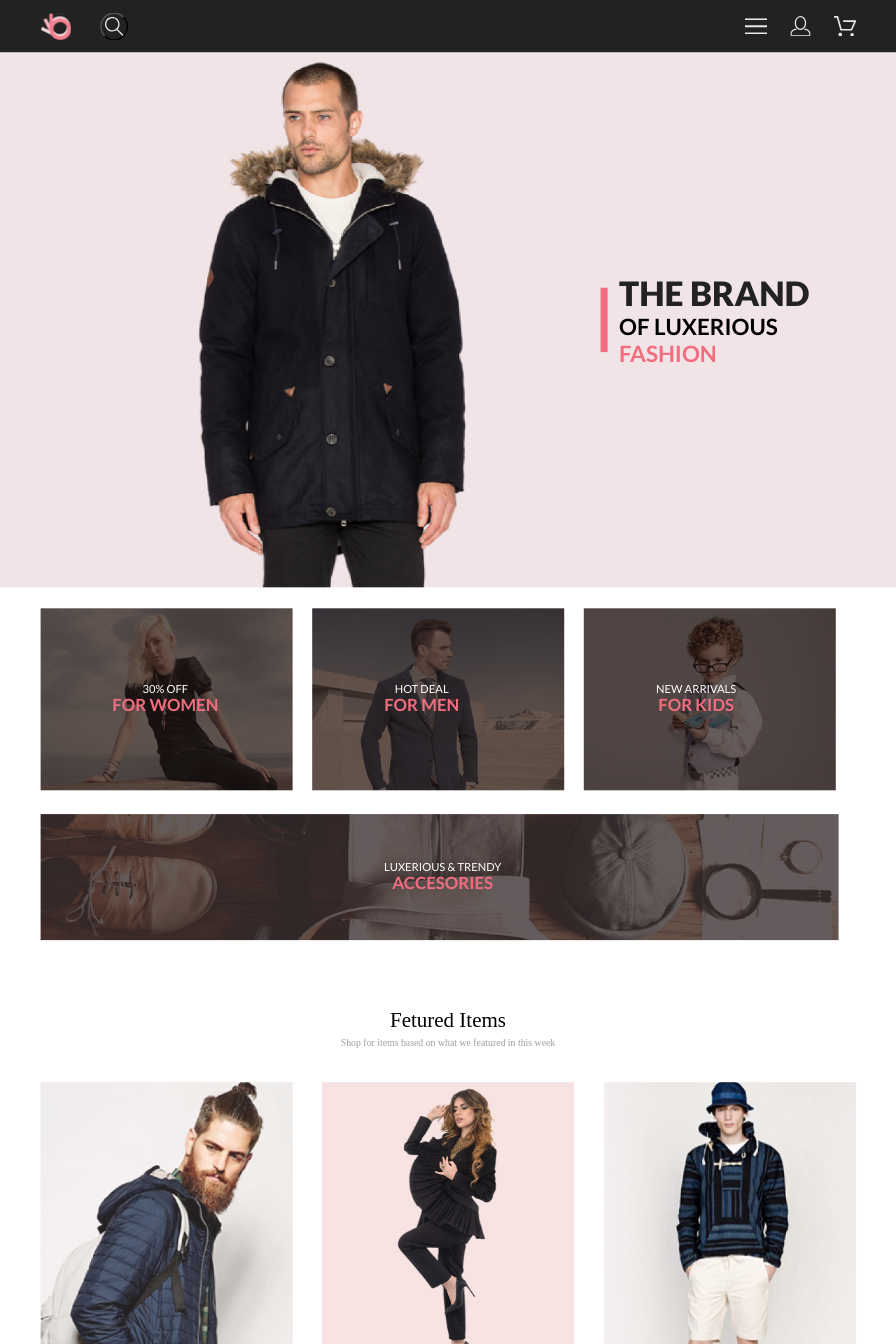
Repository: shtepaa/work-show-linkid
Page: les01/index.html
These files come from the project's save history. The page is drawn as it stood at one moment and after the next save; the edit follows.
The browser window is 1280 px wide. The pictures show the part of the page from y = 0 to 1920 px (the page is 3886 px tall), at 70% of full size.

Above is the page before, as saved 2022-02-15 11:45:35.

### les01/index.html
<!DOCTYPE html>
<html lang="en">
  <head>
    <meta charset="UTF-8" />
    <meta http-equiv="X-UA-Compatible" content="IE=edge" />
    <meta name="viewport" content="width=device-width, initial-scale=1.0" />
    <title>Brand</title>
    <link rel="shortcut icon" href="img/favicon.ico" type="image/x-icon" />
    <link rel="stylesheet" href="style.css" />
    <link rel="preconnect" href="https://fonts.googleapis.com" />
    <link rel="preconnect" href="https://fonts.gstatic.com" crossorigin />
    <link
      href="https://fonts.googleapis.com/css2?family=Lato:wght@700;400;900&display=swap"
      rel="stylesheet"
    />
  </head>
  <body>


        <header>
          <div class="container">
            <nav>
              <div class="flex-left">
                <img src="img/logo.svg" alt="logo" />
                <form class="searchBox">
                  <input
                    class="searchInput"
                    type="text"
                    name=""
                    placeholder="Search"
                  />
                  <button class="searchButton" href="#">
                    <img id="path" src="img/search.svg" alt="logo" />
                  </button>
                </form>
              </div>
              <div class="flex-right">
                <div class="mega-box"><img class="contact-img" src="img/menu.svg" alt="logo" />
                <div class="mega-item">

<div class="menu-box"><h3 class="menu-box--style">Menu</h3></div>
<details><summary>Man</summary>
<a class="mega-link" href="#">Accessories</a>
<a class="mega-link" href="#">Bags</a>
<a class="mega-link" href="#">Denim</a>
<a class="mega-link" href="#">T-Shirts</a>
</details>
<details><summary>WOMAN</summary>
  <a class="mega-link" href="#">Accessories</a>
  <a class="mega-link" href="#">Jackets & Coats</a>
  <a class="mega-link" href="#">Polos</a>
  <a class="mega-link" href="#">T-Shirts</a>
  </details>
  <details><summary>KIDS</summary>
    <a class="mega-link" href="#">Accessories</a>
    <a class="mega-link" href="#">Bags</a>
    <a class="mega-link" href="#">Denim</a>
    <a class="mega-link" href="#">T-Shirts</a>
    </details>



                </div>


                </div>
                <img class="contact-img" src="img/contact.svg" alt="logo" />
                <img src="img/shop.svg" alt="logo" />
              </div>
            </nav>
          </div>
        </header>
        <!-- Второй блок -->
        <div class="header-section">
          <div class="header-cover"></div>
          <div class="container">


              <div class="header-image">
              <img class="header-man"  src="img/man-new.png" alt="man" />
            </div>
            <div class="header-title">
              <div class="pink-line"></div>
              <div class="header-column">
                <h1>The brand</h1>
                <h2>of luxerious <span class="pink-word"> fashion</span></h2>
              </div>
            </div>
          </div>


          </div>
        </div>
<!-- Третий блок -->
        <div class="container catalog-wrappet">
          <div class="catalog-block">
            <div class="catalog-project">
              <img
                class="catalog-image"
                src="img/catalog01.png"
                alt="catalog01"
              />
              <h2 class="catalog__text">
                30% off <span class="pink-word catalog-words"> for women</span>
              </h2>
            </div>
            <div class="catalog-project">
              <img
                class="catalog-image"
                src="img/catalog02.png"
                alt="catalog02"
              />
              <h2 class="catalog__text">
                hot deal <span class="pink-word catalog-words"> for men</span>
              </h2>
            </div>
            <div class="catalog-project">
              <img
                class="catalog-image"
                src="img/catalog03.png"
                alt="catalog03"
              />
              <h2 class="catalog__text">
                new arrivals
                <span class="pink-word catalog-words"> for kids</span>
              </h2>
            </div>
          </div>
          <div class="catalog-project parent">
            <img
              class="catalog-image"
              src="img/catalog04.png"
              alt="catalog04"
            />
            <h2 class="catalog__text down-parent">
              luxerious & trendy<span class="pink-word catalog-words">
                accesories</span
              >
            </h2>
          </div>
        </div>
        <!-- Четвертый блок -->
        <div class="container block-text">
          <h3 class="block-text--heading">Fetured Items</h3>
          <p class="block-text--section-text">
            Shop for items based on what we featured in this week
          </p>
        </div>
        <div class="container section-featured">
          <div class="featur_one">
            <a class="link-featur" href="#">
            <img class="featur-image"  src="img/feat01.png" alt="featur_one" /></a>
            <div class="featur-wrapper">
            <h3 class="featur-text">ELLERY X M'O CAPSULE</h3>
            <p class="featur-content">Known for her sculptural takes on traditional tailoring, Australian arbiter of cool Kym Ellery teams up with Moda Operandi.</p>
<span class="featur-price">$52.00</span></div>
          </div>
          <div class="featur_one">
            <a class="link-featur" href="#">
            <img src="img/feat02.png" alt="featur_one" /></a>
            <div class="featur-wrapper">
            <h3 class="featur-text">ELLERY X M'O CAPSULE</h3>
            <p class="featur-content">Known for her sculptural takes on traditional tailoring, Australian arbiter of cool Kym Ellery teams up with Moda Operandi.</p>
<span class="featur-price">$52.00</span></div>
          </div>
          <div class="featur_one">
            <a class="link-featur" href="#">
            <img src="img/feat03.png" alt="featur_one" /></a>
            <div class="featur-wrapper">
            <h3 class="featur-text">ELLERY X M'O CAPSULE</h3>
            <p class="featur-content">Known for her sculptural takes on traditional tailoring, Australian arbiter of cool Kym Ellery teams up with Moda Operandi.</p>
<span class="featur-price">$52.00</span></div>
          </div>
          <div class="featur_one">
            <a class="link-featur" href="#">
            <img src="img/feat04.png" alt="featur_one" /></a>
            <div class="featur-wrapper">
            <h3 class="featur-text">ELLERY X M'O CAPSULE</h3>
            <p class="featur-content">Known for her sculptural takes on traditional tailoring, Australian arbiter of cool Kym Ellery teams up with Moda Operandi.</p>
<span class="featur-price">$52.00</span></div>
          </div>
          <div class="featur_one">
            <a class="link-featur" href="#">
            <img src="img/feat05.png" alt="featur_one" /></a>
            <div class="featur-wrapper">
            <h3 class="featur-text">ELLERY X M'O CAPSULE</h3>
            <p class="featur-content">Known for her sculptural takes on traditional tailoring, Australian arbiter of cool Kym Ellery teams up with Moda Operandi.</p>
<span class="featur-price">$52.00</span></div>
          </div>
          <div class="featur_one">
            <a class="link-featur" href="#">
            <img src="img/feat06.png" alt="featur_one" /></a>
            <div class="featur-wrapper">
            <h3 class="featur-text">ELLERY X M'O CAPSULE</h3>
            <p class="featur-content">Known for her sculptural takes on traditional tailoring, Australian arbiter of cool Kym Ellery teams up with Moda Operandi.</p>
<span class="featur-price">$52.00</span></div>
          </div>

        </div>
        <div class="container browse-button">
          <a class="link-browse" href="#"> <h3 class="browse-button product-cart">Browse All Product</h3></a>

        </div>
<div class="section-icons">
  <div class="container wrapper-icons">
  <div class="first-icons">
    <img class="car-icons" src="img/car.svg" alt="car" />
    <h3 class="car-icons--text">Free Delivery</h3>
    <p class="car-icons--context">Worldwide delivery on all. Authorit tively morph next-generation innov tion with extensive models.</p>
  </div>
  <div class="first-icons">
    <img class="car-icons" src="img/discount.svg" alt="discount" />
    <h3 class="car-icons--text">Sales & discounts</h3>
    <p class="car-icons--context">Worldwide delivery on all. Authorit tively morph next-generation innov tion with extensive models.</p>
  </div>
  <div class="first-icons">
    <img class="car-icons" src="img/corona.svg" alt="corona" />
    <h3 class="car-icons--text">Quality assurance</h3>
    <p class="car-icons--context">Worldwide delivery on all. Authorit tively morph next-generation innov tion with extensive models.</p>
  </div>
</div>

</div>

<div class="quotes-section">
  <div class="container wrap-quotes">
  <div class="figure-box">
  <figure>
    <img class="figure-image" src="img/author.png" alt="author" />
    <figcaption>“Vestibulum quis porttitor dui! Quisque viverra nunc mi, a pulvinar purus condimentum“</figcaption>
  </figure></div>
  <div class="figure-box enter-mail">

    <h1 class="subscribe">SUBSCRIBE</h1>
    <h2 class="promotion">FOR OUR NEWLETTER AND PROMOTION</h2>
    <div class="subscribe-wrapper">

      <input type="email" name="email" class="subscribe-input" placeholder="Enter Your Email">
      <div class="submit-btn">SUBMIT</div>
    </div>


  </div>

</div>


      </div>
      <footer>
<div class="container footer-contant">
  <div class="copy-righ">
    <span class="copy-text">© 2021  Brand  All Rights Reserved.</span>
  </div>
  <div class="networks">
    <div class="insta instag-fig">

    </div>
    <div class="insta pint-fig"></div>
    <div class="insta last-fig"></div>
    <div class="insta "></div>
  </div>



</div>

      </footer>

  </body>
</html>

### les01/style.css
* {
  margin: 0;
  padding: 0;
}



header {
  background-color: #222;

  display: flex;
  height: 75px;
}
.header-section {
  background-color: #f1e4e6;
  display: flex;
  height: 764px;
}
.container {
  margin: 0 auto;
  width: 1165px;
  display: flex;
}
.header-image {
  display: flex;
  /* background-repeat: no-repeat;
  -webkit-box-flex: 1;
  -ms-flex-positive: 1;
  flex-grow: 1; */

}
.header-title {
  /* width: 50%; */
  display: flex;
  flex-direction: row;
  align-items: center;
}
.header-column {
  display: flex;
  flex-direction: column;
  margin-left: 16px;
  text-transform: uppercase;
  font-family: "Lato", sans-serif;
}
h1 {
  font-weight: 900;
  font-size: 48px;
  line-height: 58px;
  color: #222;
}
h2 {
  font-weight: 700;
  font-size: 32px;
  line-height: 38px;
}
.pink-word {
  color: #f16d7f;
}
.pink-line {
  background-color: #f16d7f;
  height: 92px;
  width: 12px;
}
.header-cover {
  /* width: 100%; */
  display: flex;
  flex-direction: row;
  justify-content: space-between;
}
nav {
  justify-content: space-between;
  flex-direction: row;
  /* position: relative; */
  align-items: center;
  display: flex;
  height: 75px;
  width: 100%;
}
.flex-left {
  align-items: center;
  flex-direction: row;
  display: flex;
}

.contact-img {
  margin-right: 33px;
}
/* Меню бокс */
.mega-item {
  position: absolute;
  background-color: #fff;

  /* display: none; */
  padding: 37px 100px 79px 50px;
  display: none;
  margin-top: 23px;
  padding-bottom: 53px;
  /* margin-left: 155px; */
}
.mega-box {
  padding: 34px 0 30px 0;

}
.mega-box:hover .mega-item{
  display: block;
}
summary {
  display: block;
}

  summary::-webkit-details-marker {
  display: none;
}

summary {
  display: block;
  font-weight: 400;
  font-size: 14px;
  line-height: 17px;
  text-transform: uppercase;
  color: #f16d7f;
  padding-top: 20px;
  padding-bottom: 12px;
  font-family: "Lato", sans-serif;
  cursor: pointer;
}

  summary::-webkit-details-marker {
  display: none;
}

summary::before {
  content: '';
  padding-right: 0.5em;
}

details[open] > summary::before {
  content: '';
}

.menu-box--style {
  font-weight: 700;
  font-size: 14px;
  line-height: 17px;
  text-transform: uppercase;
  padding-bottom: 4px;
  font-family: "Lato", sans-serif;
}
/* .pink-box {

} */
.mega-link {
  font-family: "Lato", sans-serif;
  display: block;
  text-decoration: none;
  font-size: 14px;
  line-height: 17px;
  color: #6f6e6e;
  font-weight: 400;
  padding: 12px 0px 11px 15px;
}
.mega-link:hover{
  color: #F16D7F;
}
.flex-right {
  display: flex;
  align-items: center;
  position: relative;
  /* padding-bottom: 23px; */
}
img {
  cursor: pointer;
}

/* search form*/
form {
  margin-left: 41px;
}

.searchBox:hover > .searchInput {
  padding: 0 6px;
  width: 240px;
}

.searchBox:hover > .searchButton {
  background: #222;
  color: #2f3640;
}

.searchButton {
  justify-content: center;
  align-items: center;
  background: #222;
  border-radius: 50%;
  color: white;
  float: right;
  width: 40px;
  height: 40px;
  display: flex;
  transition: 0.4s;
}

.searchInput {
  border: none;
  background: none;
  outline: none;
  float: left;
  padding: 0;
  color: white;
  font-size: 16px;
  transition: 0.4s;
  line-height: 40px;
  width: 0px;
}

@media screen and (max-width: 620px) {
  .searchBox:hover > .searchInput {
    width: 150px;
    padding: 0 6px;
  }
}

/* Третий блок */

.catalog-wrappet {
  display: flex;
  /* flex-direction: row; */
  flex-wrap: wrap;
  justify-content: space-between;
  max-width: 1165px;
  margin: 0 auto;
}
.catalog-project {
  margin-top: 30px;
  position: relative;
  flex-grow: 1;
}
/* .catalog-image:last-of-type {
  width: 100%;

} */
.catalog__text {
  position: absolute;
  display: block;
  z-index: 100;
  left: 103px;
  top: 105px;
  box-sizing: border-box;
  font-size: 16px;
  line-height: 19px;
  text-align: center;
  font-family: Lato;
  color: #fff;
  text-transform: uppercase;
  font-weight: 400;
  display: flex;
  flex-direction: column;
  /* left: 0; */
}
.catalog-words {
  font-size: 24px;
  line-height: 28px;
  text-align: center;
  font-family: "Lato", sans-serif;
  font-weight: 700;
}
.catalog-block {
  display: flex;
  justify-content: space-between;
  flex-direction: row;
  width: 100%;
}
.parent {
  display: flex;
  width: 100%;
  /* justify-content: space-between; */
}
.down-parent {
  left: 491px;
  top: 65px;
}
/* Четвертый блок */
.block-text {
  padding-top: 96px;
  display: flex;
  flex-direction: column;
  box-sizing: content-box;
  align-items: center;
}
.block-text--heading {
  font-weight: normal;
  font-size: 30px;
  line-height: 36px;
}
.block-text--section-text {
  padding-top: 6px;
  font-weight: normal;
  font-size: 14px;
  line-height: 17px;
  color: #9f9f9f;
}
/* Пятый блок */
.section-featured{
  max-width: 1165px;
  display: flex;
  flex-direction: row;
  flex-wrap: wrap;
  padding-top: 18px;
  justify-content: space-between;
}
.featur_one{
  display: flex;
  flex-direction: column;
  max-width: 360px;
  background-color: #F8F8F8;
  margin-top: 30px;
}
.featur-text{
  margin-top: 25px;
  font-size: 13px;
line-height: 16px;
font-family: "Lato", sans-serif;
font-weight: 400;
}
.featur-content{
  color: #5D5D5D;
  font-weight: 300;
font-size: 14px;
line-height: 17px;
font-family: "Lato", sans-serif;
padding-top: 12px;
}
.featur-price{
  color:  #F16D7F;
  font-size: 16px;
line-height: 19px;
font-weight: 400;
padding-top: 18px;
}
.featur-wrapper{
  padding-left: 18px;
  padding-bottom: 20px;
  display: flex;
  flex-direction: column;
}
.browse-button{
  /* align-items: center; */
  /* display: block; */
  max-width: 1165px;
  display: flex;
  justify-content: center;
  margin-top: 63px;

}
.link-browse{
  text-decoration: none;
}
.product-cart{
  color: #fff;
  border: 1px solid #FF6A6A;
  box-sizing: border-box;
  align-items: center;
  width: 211px;
  padding: 15px 38px;
  font-size: 16px;
line-height: 19px;
font-weight: 400;
background-color: #F16D7F;
}
/* конец кнопки */
.section-icons {
  background-color: #222224;
  display: flex;
  height: 341px;

  /* justify-content: space-between; */
  margin-top: 95px;
}
.first-icons{
  display: flex;
  flex-direction: column;
  max-width: 343px;
  justify-content: center;
  align-items: center;
  text-align: center;


}
.car-icons{
  width: 44px;
  height: 31px;
  padding-top: 103px;
  padding-bottom: 28px;
}
.wrapper-icons{
  max-width: 1165px;
  display: flex;
  flex-direction: row;
  justify-content: space-between;
}
.car-icons--context{
  padding-top: 16px;
  font-weight: 300;
font-size: 13.972px;
line-height: 17px;
color: #FBFBFB;
padding-bottom: 104px;
}
.car-icons--text{
  font-size: 19.96px;
line-height: 24px;
color: #FBFBFB;
font-weight: 400;
}
/* Квотес секция */
.quotes-section{
  background-image: url(img/photo-subscribe.png );
  height: 448px;
  background-repeat: no-repeat;
  background-size: 100%;

}
.wrap-quotes{
  display: flex;
  flex-direction: row;
  max-width: 1165px;
  justify-content: space-between;

}
.figure-box{
  display: flex;
  flex-direction: column;
  width: 343px;
  justify-content: center;
  /* align-items: center; */
  text-align: center;

}
.figure-image{
  width: 96px;
  height: 96px;
  padding-top: 97px;
}
figcaption{
  padding-top: 30px;
  font-size: 20px;
line-height: 24px;
font-weight: 400;
font-family: "Lato", sans-serif;
color: #222224;

}
.subscribe{
  font-family: "Lato", sans-serif;
  font-weight: 700;
  font-size: 24px;
  line-height: 37px;
  padding-top: 150px;
}
.promotion{
  font-family: "Lato", sans-serif;
  font-weight: 400;
  font-size: 18px;
  line-height: 30px;
}
.enter-mail{
  width: 557px;
}
.subscribe-wrapper{
  display: flex;
  justify-content: center;
  margin-top: 39px;

  border-radius: 10px;
  width: 356px;
  margin: 0 auto;
  padding-top: 32px;
}
.subscribe-input{
width: 256px;
border-radius: 30px;
  border-bottom-right-radius: 0;
  border-top-right-radius: 0;
  border-color: #E1E1E1;
  background-color: #E1E1E1;
}
.submit-btn{
  width: 100px;
  border-radius: 30px;
  border-bottom-left-radius: 0;
  border-top-left-radius: 0;
  background-color: #E05C6E;
  height: 49px;
  color: #fff;
  text-align: center;
  align-items: center;
  font-size: 14px;
line-height: 17px;
display: flex;
font-weight: 400;
padding: 10px;
}
::placeholder{
  padding-left: 22px;
  padding-top: 7px;
  padding-bottom: 6px;
  font-size: 14px;
line-height: 17px;
opacity: 0.67;
color: #222224;
}
footer{
  height: 79px;
  background-color: #222224;
  display: flex;
}
.footer-contant{
  display: flex;
  flex-direction: row;
  max-width: 1165px;
  align-items: center;
  justify-content: space-between;
}
.copy-text{
  padding-top: 30px;
  font-size: 16px;
line-height: 19px;
font-weight: 400;
color: #FBFBFB;
}
.networks{
  display: flex;
  flex-direction: row;


}
.insta{
  height: 32px;
  width: 31px;
  background-color: #fff;
  display: flex;

}
.last-fig{
  margin-right: 7px;
}
.pint-fig{
  margin-right: 7px;
}
.instag-fig{
  margin-right: 7px;
}
.insta:hover{
  background-color: #E05C6E;

}

Loaded but not shown: les01/img/car.svg (3 lines, source omitted); les01/img/search.svg (3 lines, source omitted)

After the next save:
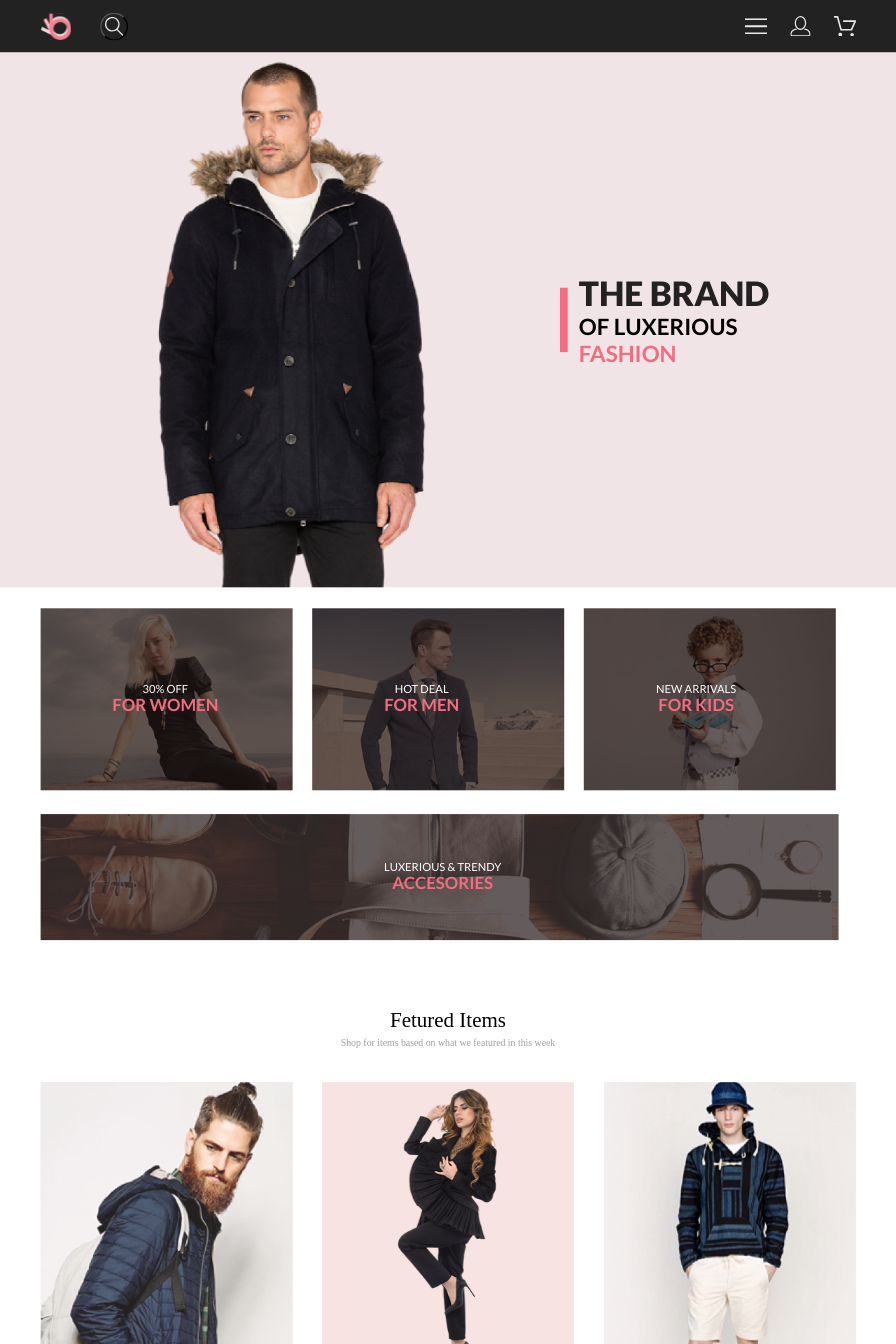
Saved 4 s later.
--- a/les01/index.html
+++ b/les01/index.html
@@ -72,7 +72,7 @@
         </header>
         <!-- Второй блок -->
         <div class="header-section">
-          <div class="header-cover"></div>
+          <div class="header-cover">
           <div class="container">
 
 

After the 2 saves that followed:
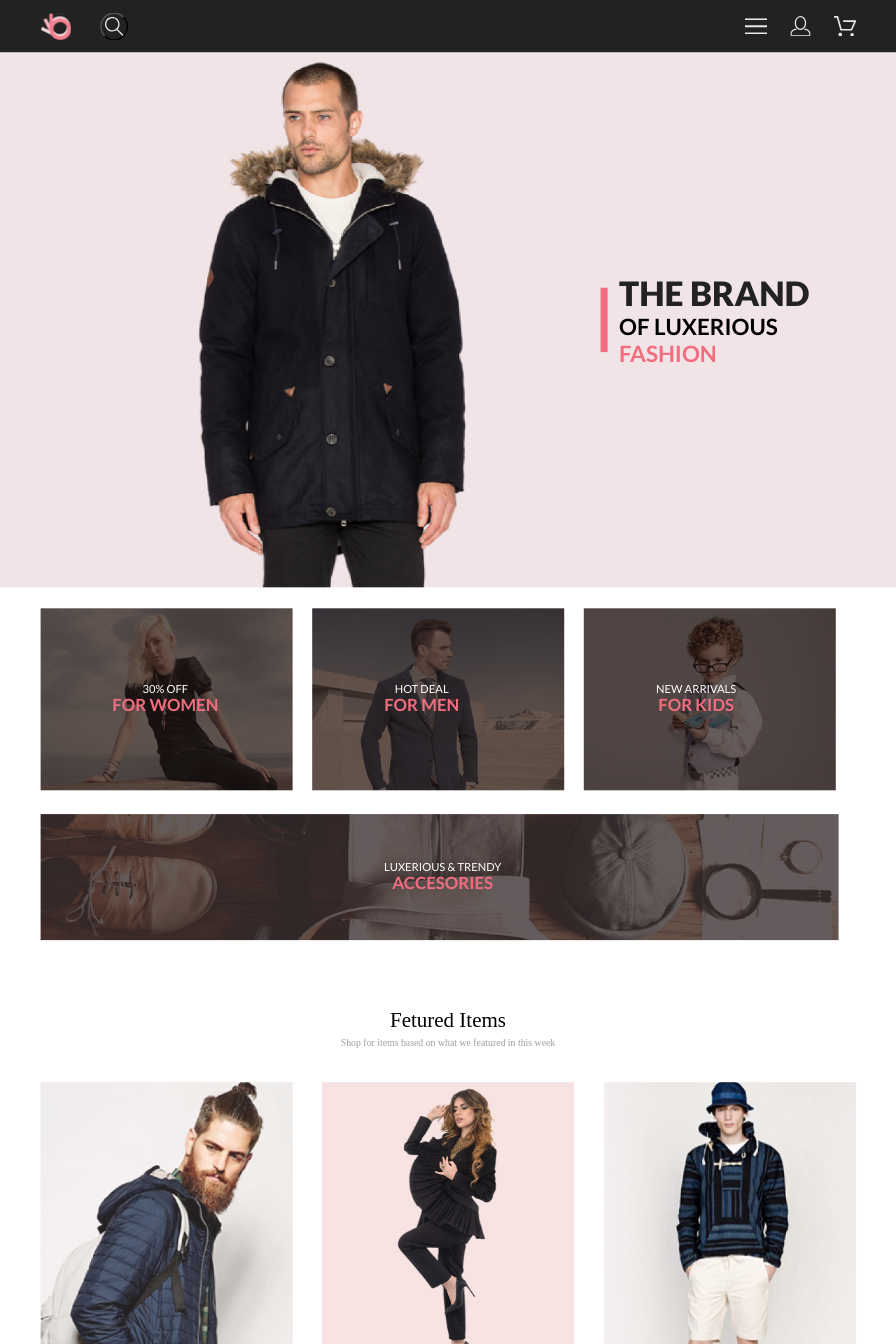
The 2 saves are shown as one change because they came seconds apart.
The last was saved 4 min 59 s later.
--- a/les01/index.html
+++ b/les01/index.html
@@ -72,10 +72,10 @@
         </header>
         <!-- Второй блок -->
         <div class="header-section">
-          <div class="header-cover">
+
           <div class="container">
 
-
+            <div class="header-cover"></div>
               <div class="header-image">
               <img class="header-man"  src="img/man-new.png" alt="man" />
             </div>
